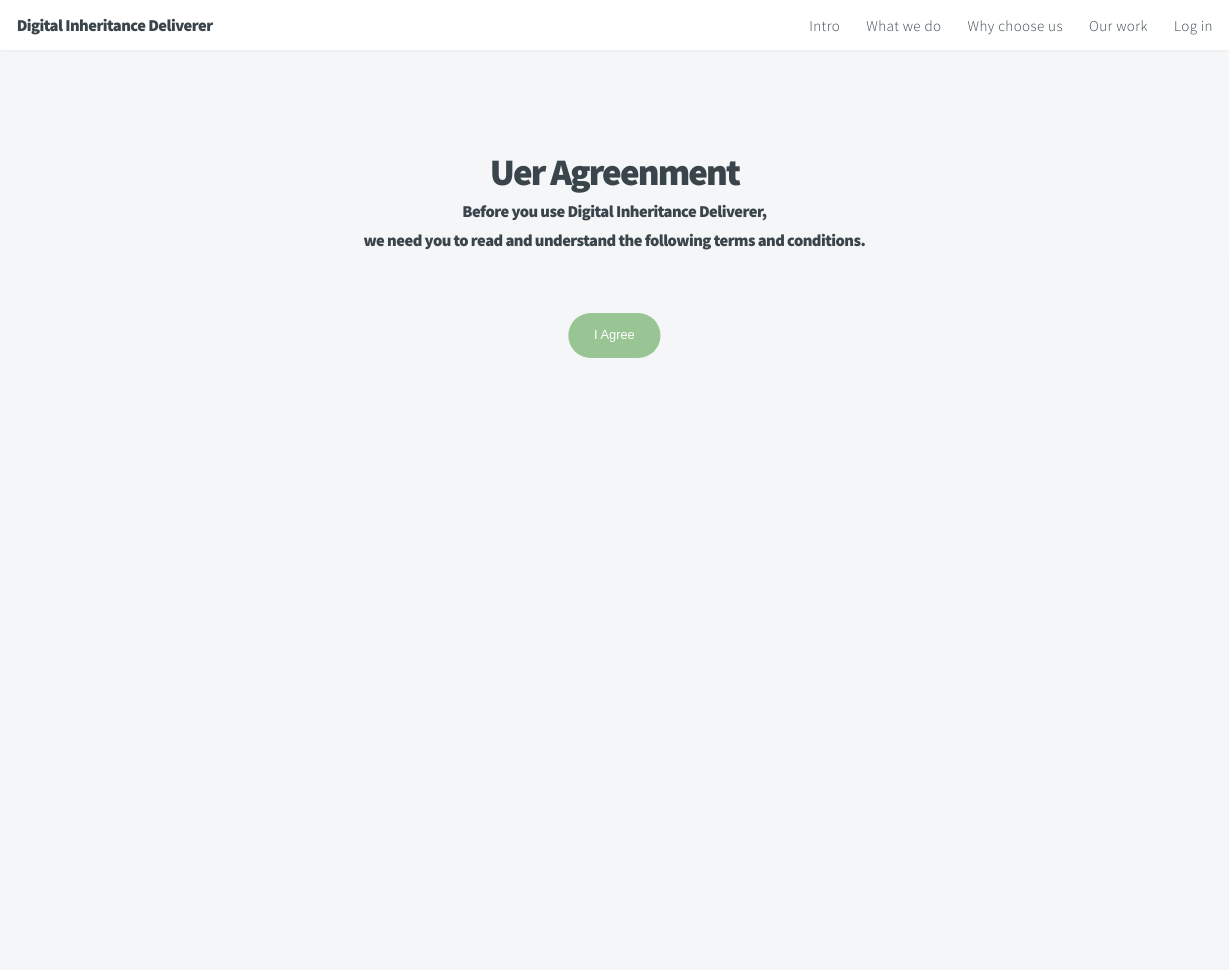
Repository: 1mocat/DID-blockchain-project
Page: Digital_I_D/app/src/UserAgreement.html
The author's editor kept a copy of each file at every save. The page is drawn from the files as they stood at one save, then again after the next save.
The browser window is 1280 px wide. The pictures show the whole page, at 96% of full size.

Above is the page before, as saved 2023-09-26 22:01:31.

### Digital_I_D/app/src/UserAgreement.html
<!DOCTYPE HTML>
<html>
	<head>
		<title>Digital Inheritance Deliverer</title>
		<meta charset="utf-8" />
		<meta name="viewport" content="width=device-width, initial-scale=1, user-scalable=no" />
		<link rel="stylesheet" href="assets_index/css/main.css" />
		<noscript><link rel="stylesheet" href="assets_index/css/noscript.css" /></noscript>
	</head>
	<body class="is-preload">

		<!-- Header -->
			<header id="header">
				<h1>Digital Inheritance Deliverer</h1>
				<nav>
					<ul>
						<li><a href="#intro">Intro</a></li>
						<li><a href="#one">What we do</a></li>
						<li><a href="#two">Why choose us</a></li>
						<li><a href="#work">Our work</a></li>
						<li><a href="#contact">Log in</a></li>
					</ul>
				</nav>
			</header>

		<!-- Contact -->
			<section id="contact" class="main style3 secondary">
				<div class="content">
					<header>
						<h2>Uer Agreenment</h2>
						<h3>Before you use Digital Inheritance Deliverer,<br> we need you to read and understand the following terms and conditions.</p>
					</header>

					<a href="UserAgreement.html">
                        <button>I Agree</button>
                    </a>
					<br>
					<br>
					<br>
					<br>
					<br>
					<br>
					<br>
					<br>
					<br>
					<br>
					<br>
                    <br>
					<br>
					<br>
					<br>
					<br>
					<br>
					<br>
					<br>
					<br>
					<br>
					<br>
				</div>
			</section>

		<!-- Scripts -->
			<script src="assets_index/js/jquery.min.js"></script>
			<script src="assets_index/js/jquery.poptrox.min.js"></script>
			<script src="assets_index/js/jquery.scrolly.min.js"></script>
			<script src="assets_index/js/jquery.scrollex.min.js"></script>
			<script src="assets_index/js/browser.min.js"></script>
			<script src="assets_index/js/breakpoints.min.js"></script>
			<script src="assets_index/js/util.js"></script>
			<script src="assets_index/js/main.js"></script>

	</body>
</html>

Loaded but not shown: Digital_I_D/app/src/assets_index/js/jquery.min.js (library); Digital_I_D/app/src/assets_index/js/jquery.poptrox.min.js (library); Digital_I_D/app/src/assets_index/js/jquery.scrolly.min.js (common file); Digital_I_D/app/src/assets_index/js/jquery.scrollex.min.js (common file); Digital_I_D/app/src/assets_index/js/browser.min.js (common file); Digital_I_D/app/src/assets_index/js/breakpoints.min.js (common file); Digital_I_D/app/src/assets_index/css/fontawesome-all.min.css (library); Digital_I_D/app/src/assets_index/js/util.js (587 lines, source omitted); Digital_I_D/app/src/assets_index/js/main.js (219 lines, source omitted); Digital_I_D/app/src/assets_index/css/main.css (2312 lines, source omitted)

After the next save:
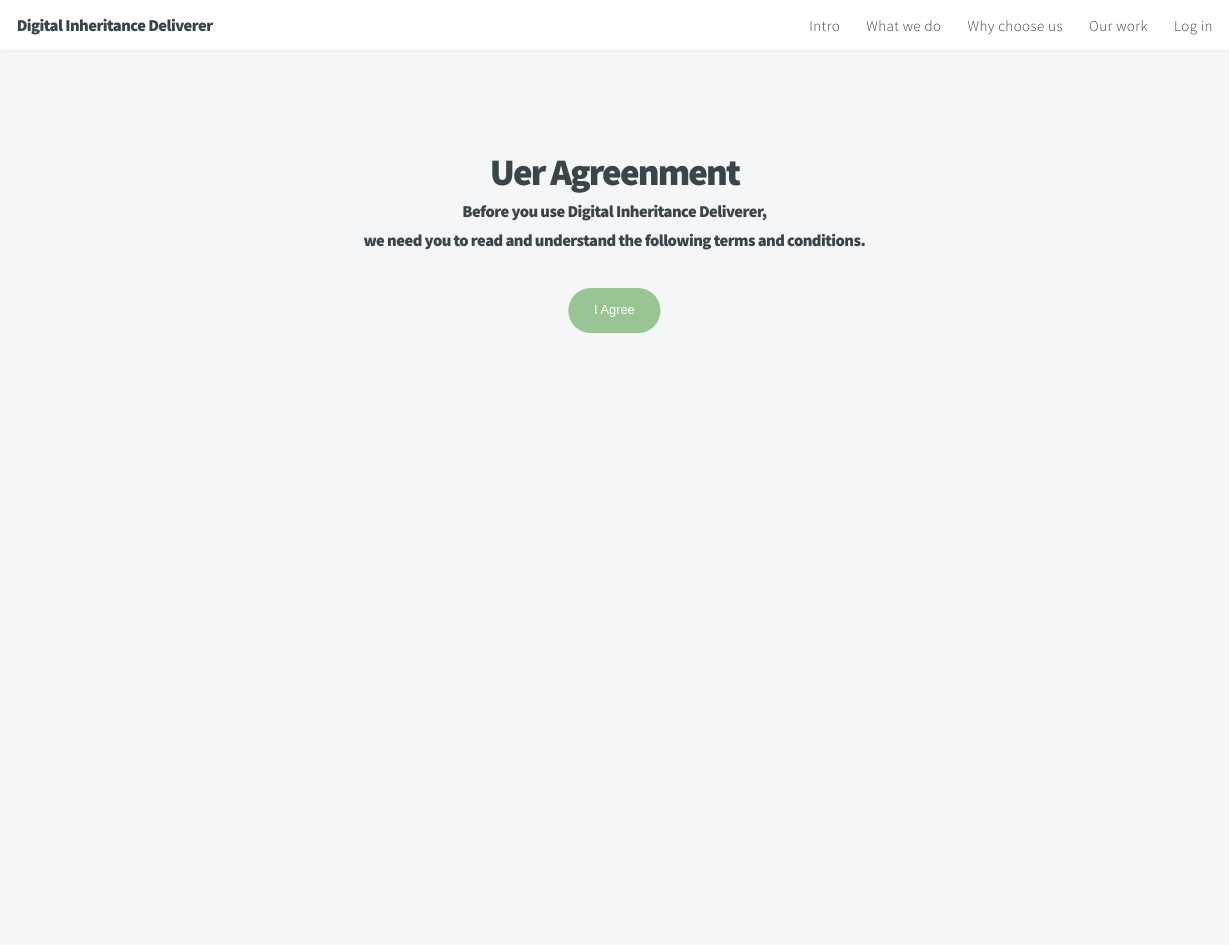
Saved 4 s later.
--- a/Digital_I_D/app/src/UserAgreement.html
+++ b/Digital_I_D/app/src/UserAgreement.html
@@ -28,7 +28,7 @@
 				<div class="content">
 					<header>
 						<h2>Uer Agreenment</h2>
-						<h3>Before you use Digital Inheritance Deliverer,<br> we need you to read and understand the following terms and conditions.</p>
+						<h3>Before you use Digital Inheritance Deliverer,<br> we need you to read and understand the following terms and conditions.</h3>
 					</header>
 
 					<a href="UserAgreement.html">
